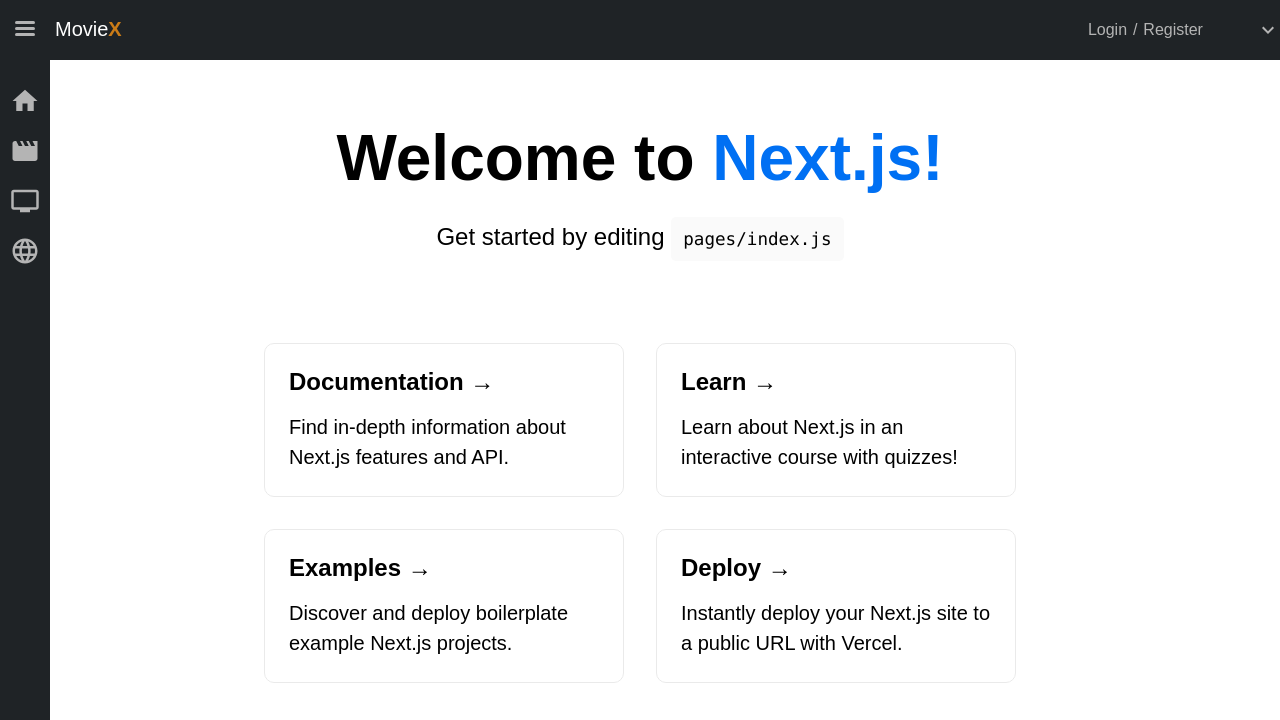
Repository: Amad-Mlinka/MovieTVBrowserNext
Page: /
These files come from the project's save history. The page is drawn as it stood at one moment and after the next save; the edit follows.
The browser window is 1280 px wide. The pictures show the whole page.
An inner scrolling area shows only its first screen. The project was rebuilt for these pictures with package versions that can differ from the ones it lists, and the page was loaded fresh each time. The framework's server and built-in components were replaced by stand-ins that run in the browser. Also part of the build but not shown: next.config.js.

Above is the page before, as saved 2021-08-03 20:29:47.

After the next save:
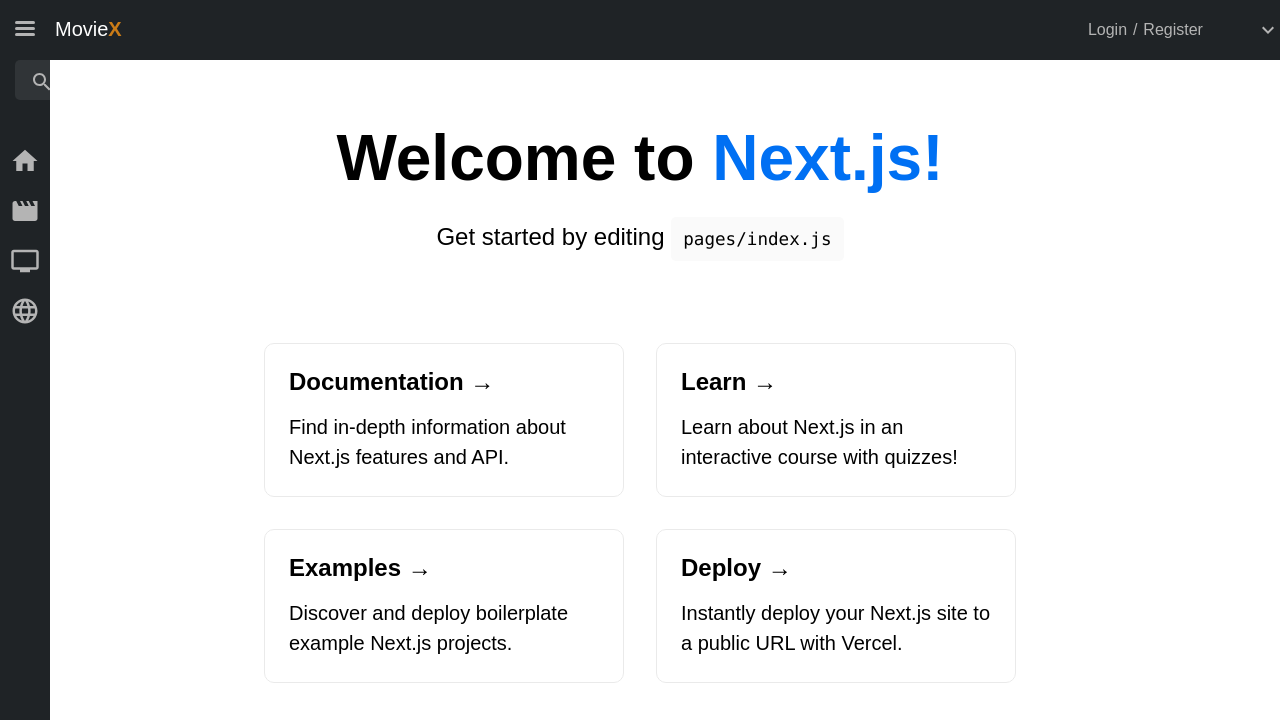
Saved 48 s later.
--- a/styles/Header.module.scss
+++ b/styles/Header.module.scss
@@ -252,9 +252,6 @@
     }
 }
 .search {
-    position: absolute;
-    left: 0;
-    top: 60px;
     background: $base-color;
     width: 100%;
     display: flex;
@@ -265,7 +262,6 @@
 }
 .searchContainer{
     width: 80%;
-    display: none;
 }
 .searchIcon {
     position: absolute;

After the 2 saves that followed:
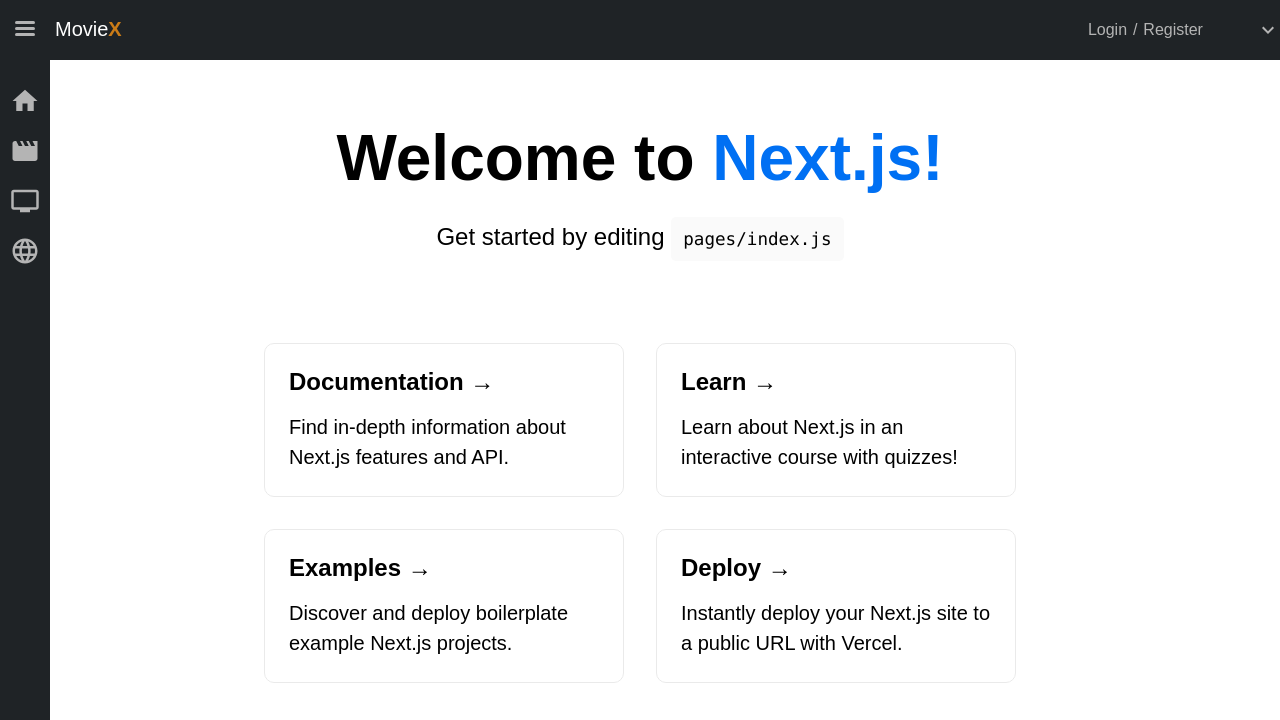
The 2 saves are shown as one change because 1 left the picture as it was.
The last was saved 31 s later.
--- a/styles/Header.module.scss
+++ b/styles/Header.module.scss
@@ -258,6 +258,10 @@
     flex-direction: column;
     justify-content: center;
     align-items: center;
+    display: none;
+
+}
+.searchActive{
 
 }
 .searchContainer{
